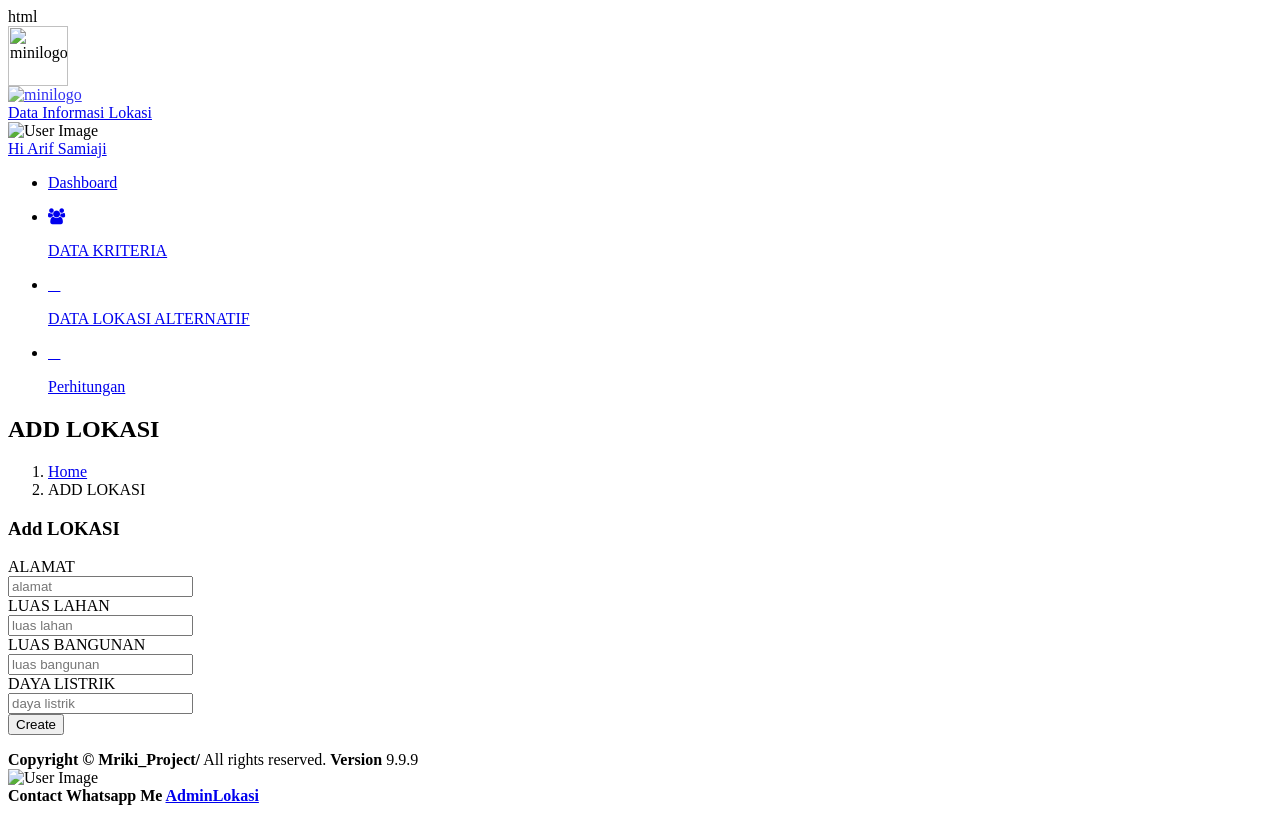
Repository: Arif-Samiaji11/project-uas
Page: http://localhost/lokasi/add
These files come from the project's save history. The page is drawn as it stood at one moment and after the next save; the edit follows.
The browser window is 1280 px wide. The pictures show the whole page.
Some icons come from a web library that is not loaded, so they are not drawn. Some web fonts or font styles are not loaded; a fallback is used. Some web libraries are served in a nearby version. The page is served by the project's Laravel application, run on PHP 8.4 with Laravel 9. Other server files are loaded and not shown.

Above is the page before, as saved 2023-06-18 23:31:03.
Console error: ReferenceError: $ is not defined

### routes/web.php

<?php

use Illuminate\Support\Facades\Route;

/*
|--------------------------------------------------------------------------
| Web Routes
|--------------------------------------------------------------------------
|
| Here is where you can register web routes for your application. These
| routes are loaded by the RouteServiceProvider within a group which
| contains the "web" middleware group. Now create something great!
|
*/

Route::get('/',[App\Http\Controllers\DashboardController::class, 'index']);


Route::get('/datakriteriaa', function () {
    return view('datakriteriaa');
});

use App\Http\Controllers\kriteriaaController;
Route::controller(kriteriaaController::class)->group(function() {
    Route::get('kriteriaa/', 'index');
    Route::get('kriteriaa/add', 'add');
    Route::post('kriteriaa/store', 'store');
    Route::get('kriteriaa/edit/{id}', 'edit');
    Route::post('kriteriaa/update/{id}', 'update');
    Route::get('kriteriaa/delete/{id}', 'delete');
});
use App\Http\Controllers\lokasiController;
Route::controller(lokasiController::class)->group(function() {
    Route::get('lokasi/', 'index');
    Route::get('lokasi/add', 'add');
    Route::post('lokasi/store', 'store');
    Route::get('lokasi/edit/{id}', 'edit');
    Route::post('lokasi/update/{id}', 'update');
    Route::get('lokasi/delete/{id}', 'delete');
});

use App\Http\Controllers\hitungController;
Route::get('/hitung', [hitungController::class, 'hitung'])->name('hitung');

### app/Http/Controllers/lokasiController.php
<?php

namespace App\Http\Controllers;

use Illuminate\Http\Request;
use App\Models\lokasi;

class lokasiController extends Controller {

    public function index() {
        return view('datalokasi', [
            'users' => Lokasi::all(),
            'title' => 'Data lokasi'
        ]);
    }
    public function add() {
        return view('adddatalokasi',[
            'title' => 'Tambah Data lokasi'
        ]);
    }
    public function edit($id){

        $lokasi = Lokasi::where('id', $id)->first();

        return view('editdatalokasi', [
            'lokasi' => $lokasi,
            'title' => 'Edit Data lokasi'
        ]);

    }

    public function update(Request $request, $id) {
        $alamat      = $request->input('alamat');
        $luas_lahan       = $request->input('luas_lahan');
        $luas_bangunan   = $request->input('luas_bangunan');
        $daya_listrik = $request->input('daya_listrik');

        $lokasi = Lokasi::where('id', $id)->first();
        $lokasi->alamat     = $alamat;
        $lokasi->luas_lahan     = $luas_lahan;
        $lokasi->luas_bangunan = $luas_bangunan;
        $lokasi->daya_listrik = $daya_listrik;

        $lokasi->save();

        return redirect()->to('/lokasi');
    }


    public function dashboard(){
        $lokasi= Lokasi::count();

        return view('main', compact('lokasi'));

    }

    public function store(Request $request) {
        $alamat       = $request->input('alamat');
        $luas_lahan       = $request->input('luas_lahan');
        $luas_bangunan   = $request->input('luas_bangunan');
        $daya_listrik = $request->input('daya_listrik');
        // TODO: Compare $password and $rePassword

        $lokasi           = new Lokasi;
        $lokasi->alamat     = $alamat;
        $lokasi->luas_lahan     = $luas_lahan;
        $lokasi->luas_bangunan = $luas_bangunan; // Don't forget to encryp!s
        $lokasi->daya_listrik = $daya_listrik;

        $lokasi->save();

        return redirect()->to('/lokasi');
    }
    public function delete($id) {
        $lokasi = Lokasi::where('id', $id)->first();
        $lokasi->delete();
        return redirect()->back();
    }
}

### resources/views/adddatalokasi.blade.php
@extends('layout.page')

@section('content')
  <div class="content-wrapper">
    <!-- Content Header (Page header) -->
    <section class="content-header">
      <div class="container-fluid">
        <div class="row mb-2">
          <div class="col-sm-6">
            <h1>ADD LOKASI</h1>
          </div>
          <div class="col-sm-6">
            <ol class="breadcrumb float-sm-right">
              <li class="breadcrumb-item"><a href="#">Home</a></li>
              <li class="breadcrumb-item active">ADD LOKASI</li>
            </ol>
          </div>
        </div>
      </div><!-- /.container-fluid -->
    </section>

    <!-- Main content -->
    <section class="content">
      <div class="container-fluid">
        <div class="row">
          <!-- left column -->
          <div class="col-md-12">
            <!-- Horizontal Form -->
            <div class="card card-info">
              <div class="card-header">
                <h3 class="card-title">Add LOKASI</h3>
              </div>
              <!-- /.card-header -->
              <!-- form start -->
              <form method="POST" action="{{ url('/lokasi/store')}}" class="form-horizontal">
                @csrf
                <div class="card-body">
                  <div class="form-group row">
                    <label for="alamat" class="col-sm-2 col-form-label">ALAMAT</label>
                    <div class="col-sm-10">
                      <input type="text" class="form-control" name="alamat" placeholder="alamat">
                    </div>
                  </div>
                  <div class="form-group row">
                    <label for="luas_lahan" class="col-sm-2 col-form-label">LUAS LAHAN</label>
                    <div class="col-sm-10">
                      <input type="text" class="form-control" name="luas_lahan" placeholder="luas lahan">
                    </div>
                  </div>
                  <div class="form-group row">
                    <label for="luas_bangunan" class="col-sm-2 col-form-label">LUAS BANGUNAN</label>
                    <div class="col-sm-10">
                      <input type="text" class="form-control" name="luas_bangunan" placeholder="luas bangunan">
                    </div>
                  </div>
                  <div class="form-group row">
                    <label for="daya_listrik" class="col-sm-2 col-form-label">DAYA LISTRIK</label>
                    <div class="col-sm-10">
                      <input type="text" class="form-control" name="daya_listrik" placeholder="daya listrik">
                    </div>
                  </div>
                  <!-- <div class="form-group row">
                    <label for="alamat" class="col-sm-2 col-form-label">Alamat</label>
                    <div class="col-sm-10">
                      <input type="text" class="form-control" name="alamat" placeholder="Alamat">
                    </div>
                  </div> -->
                  <!-- <div class="form-group row">
                    <label for="luas_lahan" class="col-sm-2 col-form-label">luas lahan</label>
                    <div class="col-sm-10">
                      <input type="text" class="form-control" name="luas_lahan" placeholder="luas lahan">
                    </div>
                  </div> -->
                </div>
                <!-- /.card-body -->
                <div class="card-footer">
                  <button type="submit" class="btn btn-success float-right">Create</button>
                </div>
                <!-- /.card-footer -->
              </form>
            </div>
            <!-- /.card -->

          </div>
          <!--/.col (left) -->
        </div>
        <!-- /.row -->
      </div><!-- /.container-fluid -->
    </section>
    <!-- /.content -->
  </div>
  <!-- /.content-wrapper -->

  @endsection

### resources/views/layout/page.blade.php
html
<!-- Font Awesome -->
<link rel="stylesheet" href="https://cdnjs.cloudflare.com/ajax/libs/font-awesome/4.5.0/css/font-awesome.min.css">
<!-- Ionicons -->
<link rel="stylesheet" href="https://cdnjs.cloudflare.com/ajax/libs/ionicons/2.0.1/css/ionicons.min.css">
<!-- Theme style -->
<link rel="stylesheet" href="{{ asset('vendor/adminlte/dist/css/AdminLTE.min.css') }}">
<!-- iCheck -->
<link rel="stylesheet" href="{{ asset('vendor/adminlte/plugins/iCheck/square/blue.css') }}">

<!DOCTYPE html>
<html lang="en">
<head>
  <meta charset="utf-8">
  <meta name="viewport" content="width=device-width, initial-scale=1">
  <title>Web Admin_lokasi | {{ $title }}</title>

  <!-- Google Font: Source Sans Pro -->
  <link rel="stylesheet" href="https://fonts.googleapis.com/css?family=Source+Sans+Pro:300,400,400i,700&display=fallback">
  <!-- Font Awesome -->
  <link rel="stylesheet" href="{{ url('adminlte/plugins/fontawesome-free/css/all.min.css') }}">
  <!-- Ionicons -->
  <link rel="stylesheet" href="https://code.ionicframework.com/ionicons/2.0.1/css/ionicons.min.css') }}">
  <!-- Tempusdominus Bootstrap 4 -->
  <link rel="stylesheet" href="{{ url('adminlte/plugins/tempusdominus-bootstrap-4/css/tempusdominus-bootstrap-4.min.css') }}">
  <!-- iCheck -->
  <link rel="stylesheet" href="{{ url('adminlte/plugins/icheck-bootstrap/icheck-bootstrap.min.css') }}">
  <!-- JQVMap -->
  <link rel="stylesheet" href="{{ url('adminlte/plugins/jqvmap/jqvmap.min.css') }}">
  <!-- Theme style -->
  <link rel="stylesheet" href="{{ url('adminlte/dist/css/adminlte.min.css') }}">
  <!-- overlayScrollbars -->
  <link rel="stylesheet" href="{{ url('adminlte/plugins/overlayScrollbars/css/OverlayScrollbars.min.css') }}">
  <!-- Daterange picker -->
  <link rel="stylesheet" href="{{ url('adminlte/plugins/daterangepicker/daterangepicker.css') }}">
  <!-- summernote -->
  <link rel="stylesheet" href="{{ url('adminlte/plugins/summernote/summernote-bs4.min.css') }}">
</head>
<body class="hold-transition sidebar-mini layout-fixed">
<div class="wrapper">

  <!-- Preloader -->
  <div class="preloader flex-column justify-content-center align-items-center">
    <img class="animation__shake" src="{{ url('adminlte/dist/img/logo.jpg') }}" alt="minilogo" height="60" width="60">
  </div>

  <!-- Main Sidebar Container -->
  <aside class="main-sidebar sidebar-dark-primary elevation-4">
    <!-- Brand Logo -->
    <a href="index3.html" class="brand-link">
      <img src="{{ url('adminlte/dist/img/logo.jpg') }}" alt="minilogo" class="brand-image img-circle elevation-3" style="opacity: .8">
      <span class="brand-text font-weight-light"><br>Data Informasi Lokasi</span>
    </a>

    <!-- Sidebar -->
    <div class="sidebar">
      <!-- Sidebar user panel (optional) -->
      <div class="user-panel mt-3 pb-3 mb-3 d-flex">
        <div class="image">
          <img src="{{ url('adminlte/dist/img/KA.png') }}" class="img-circle elevation-2" alt="User Image">
        </div>
        <div class="info">
          <a href="#" class="d-block">Hi Arif Samiaji</a>
        </div>
      </div>

      <!-- Sidebar Menu -->
      <nav class="mt-2">
        <ul class="nav nav-pills nav-sidebar flex-column" data-widget="treeview" role="menu" data-accordion="false">
          <!-- Add icons to the links using the .nav-icon class
               with font-awesome or any other icon font library -->
          <li class="nav-item">
            <a href="{{ url('') }}" class="nav-link">
              <i class="nav-icon fas fa-tachometer-alt"></i>
              <p>
                Dashboard
                <i class="right fas fa-angle"></i>
              </p>
            </a>
          </li>
          <li class="nav-item">
            <a href="{{ url('kriteriaa/') }}" class="nav-link">
            <i class="nav-icon far fa fa-users"></i>
              <p>
                DATA KRITERIA
              </p>
            </a>
          </li>
          <li class="nav-item">
            <a href="{{ url('lokasi/') }}" class="nav-link">
              <i class="nav-icon fas fa-copy"></i>
              <p>
                DATA LOKASI ALTERNATIF
                <span class="badge badge-info right"></span>
              </p>
            </a>
          </li>
          <li class="nav-item">
            <a href="{{ url('hitung/') }}" class="nav-link">
              <i class="nav-icon fas fa-copy"></i>
              <p>
                Perhitungan
                <span class="badge badge-info right"></span>
              </p>
            </a>
          </li>
        </ul>
      </nav>
      <!-- /.sidebar-menu -->
    </div>
    <!-- /.sidebar -->
  </aside>
  @yield('content')

  <footer class="main-footer">
    <strong>Copyright &copy; Mriki_Project/</strong>
    All rights reserved.
    <b>Version</b> 9.9.9
    <div class="user-panel mt-0 pb-0 mb-0 d-flex">
        <div class="image">
          <img src="{{ url('adminlte/dist/img/WASS.jpg') }}" class="img-circle elevation-2" alt="User Image">
        </div>
    <strong>Contact Whatsapp Me
    <a href="https://wa.me/+6285709092162">AdminLokasi</a>
    <div class="float-right d-none d-sm-inline-block">
    </div>
  </footer>

  <!-- Control Sidebar -->
  <aside class="control-sidebar control-sidebar-dark">
    <!-- Control sidebar content goes here -->
  </aside>
  <!-- /.control-sidebar -->
</div>
<!-- ./wrapper -->

<!-- jQuery -->
<script src="{{ url('adminlte/plugins/jquery/jquery.min.js') }}"></script>
<!-- jQuery UI 1.11.4 -->
<script src="{{ url('adminlte/plugins/jquery-ui/jquery-ui.min.js') }}"></script>
<!-- Resolve conflict in jQuery UI tooltip with Bootstrap tooltip -->
<script>
  $.widget.bridge('uibutton', $.ui.button)
</script>
<!-- Bootstrap 4 -->
<script src="{{ url('adminlte/plugins/bootstrap/js/bootstrap.bundle.min.js') }}"></script>
<!-- ChartJS -->
<script src="{{ url('adminlte/plugins/chart.js/Chart.min.js') }}"></script>
<!-- Sparkline -->
<script src="{{ url('adminlte/plugins/sparklines/sparkline.js') }}"></script>
<!-- JQVMap -->
<script src="{{ url('adminlte/plugins/jqvmap/jquery.vmap.min.js') }}"></script>
<script src="{{ url('adminlte/plugins/jqvmap/maps/jquery.vmap.usa.js') }}"></script>
<!-- jQuery Knob Chart -->
<script src="{{ url('adminlte/plugins/jquery-knob/jquery.knob.min.js') }}"></script>
<!-- daterangepicker -->
<script src="{{ url('adminlte/plugins/moment/moment.min.js') }}"></script>
<script src="{{ url('adminlte/plugins/daterangepicker/daterangepicker.js') }}"></script>
<!-- Tempusdominus Bootstrap 4 -->
<script src="{{ url('adminlte/plugins/tempusdominus-bootstrap-4/js/tempusdominus-bootstrap-4.min.js') }}"></script>
<!-- Summernote -->
<script src="{{ url('adminlte/plugins/summernote/summernote-bs4.min.js') }}"></script>
<!-- overlayScrollbars -->
<script src="{{ url('adminlte/plugins/overlayScrollbars/js/jquery.overlayScrollbars.min.js') }}"></script>
<!-- AdminLTE App -->
<script src="{{ url('adminlte/dist/js/adminlte.js') }}"></script>
<!-- AdminLTE dashboard demo (This is only for demo purposes) -->
<script src="{{ url('adminlte/dist/js/pages/dashboard.js') }}"></script>
</body>
</html>

Loaded but not shown: app/Http/Controllers/Controller.php (common file); lang/en.json (common file); public/adminlte/plugins/jqvmap/jqvmap.min.css (common file); public/adminlte/plugins/daterangepicker/daterangepicker.css (library); public/adminlte/plugins/sparklines/sparkline.js (library); public/adminlte/dist/js/pages/dashboard.js (267 lines, source omitted)

After the next save:
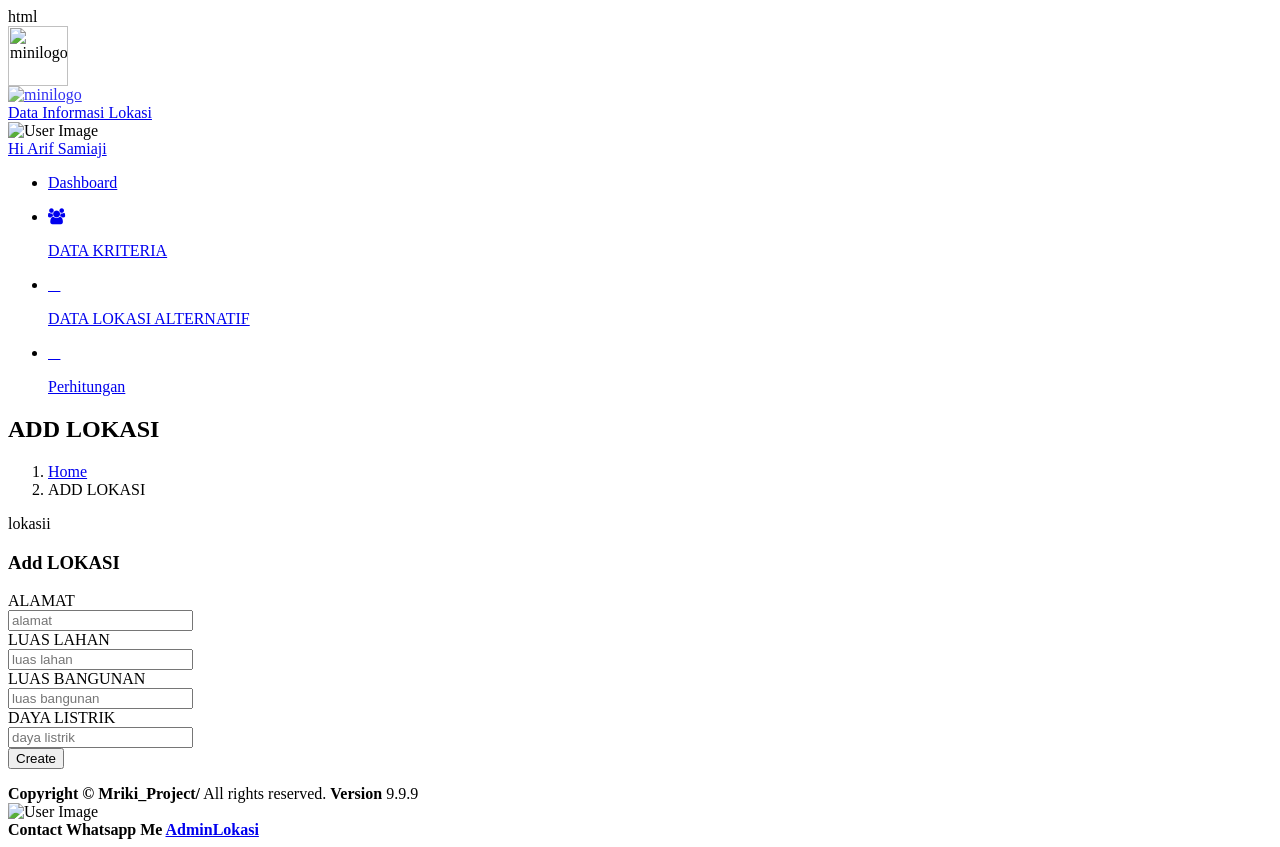
Saved 2 min 10 s later.
--- a/resources/views/adddatalokasi.blade.php
+++ b/resources/views/adddatalokasi.blade.php
@@ -18,7 +18,7 @@
         </div>
       </div><!-- /.container-fluid -->
     </section>
-
+lokasii
     <!-- Main content -->
     <section class="content">
       <div class="container-fluid">

After the 2 saves that followed:
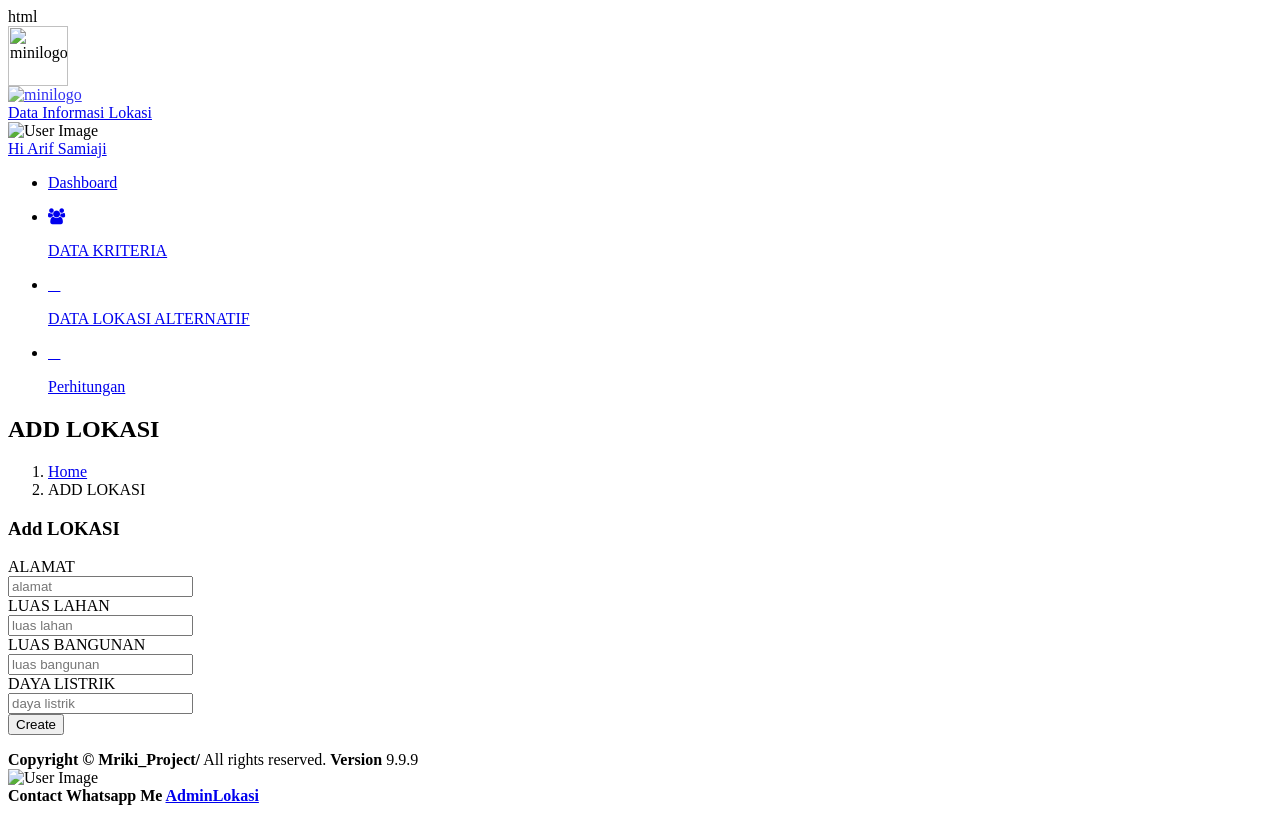
The 2 saves are shown as one change because they came seconds apart.
The last was saved 14 s later.
--- a/resources/views/adddatalokasi.blade.php
+++ b/resources/views/adddatalokasi.blade.php
@@ -18,7 +18,7 @@
         </div>
       </div><!-- /.container-fluid -->
     </section>
-lokasii
+
     <!-- Main content -->
     <section class="content">
       <div class="container-fluid">
